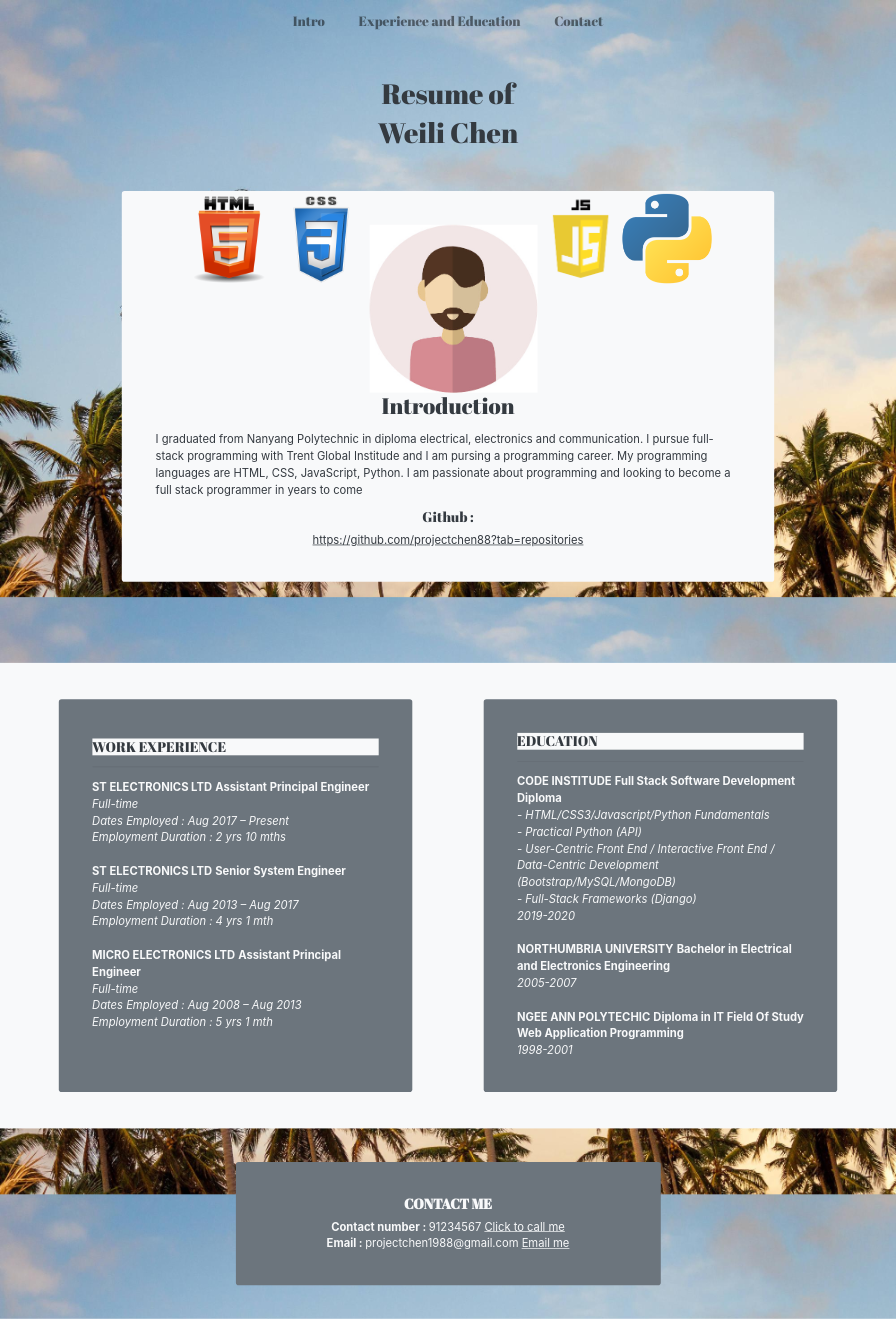
Repository: projectchen88/firstproject
Page: index.html
The author's editor kept a record of every edit. The page is drawn from the files as they stood at one moment, then again after the next edit.
The browser window is 1280 px wide. The pictures show the whole page, at 70% of full size.
Backgrounds fixed to the window are drawn as part of the page. Some web libraries are served in a nearby version.

Above is the page before.

After the next edit:
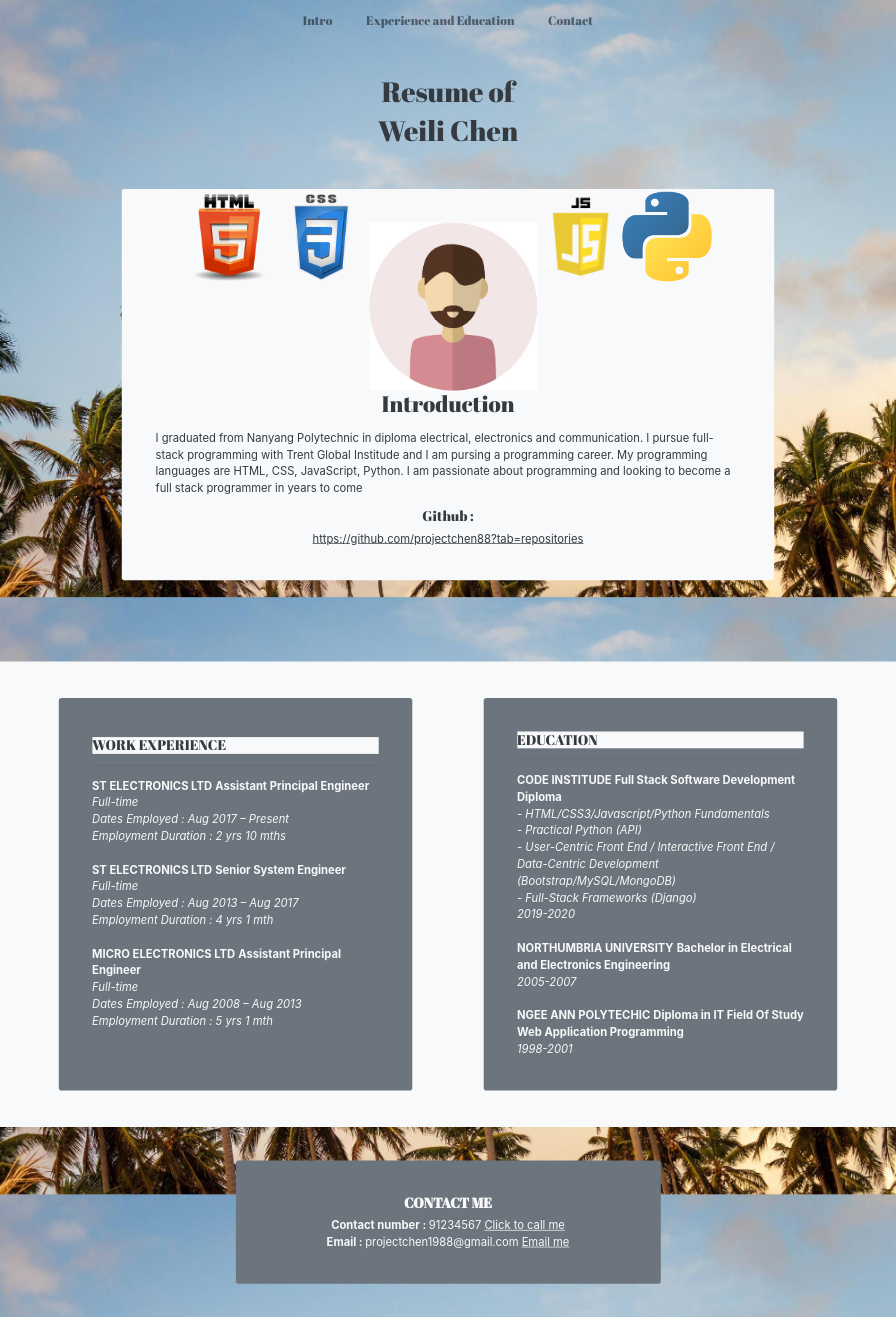
The edit:
--- a/styles/style.css
+++ b/styles/style.css
@@ -7,7 +7,7 @@
 }
 .nav-link-custom {
     font-family: 'Abril Fatface', cursive;
-    font-size: 1.2rem;
+    font-size: 1.1rem;
 }
 body {
     height : 200px;
